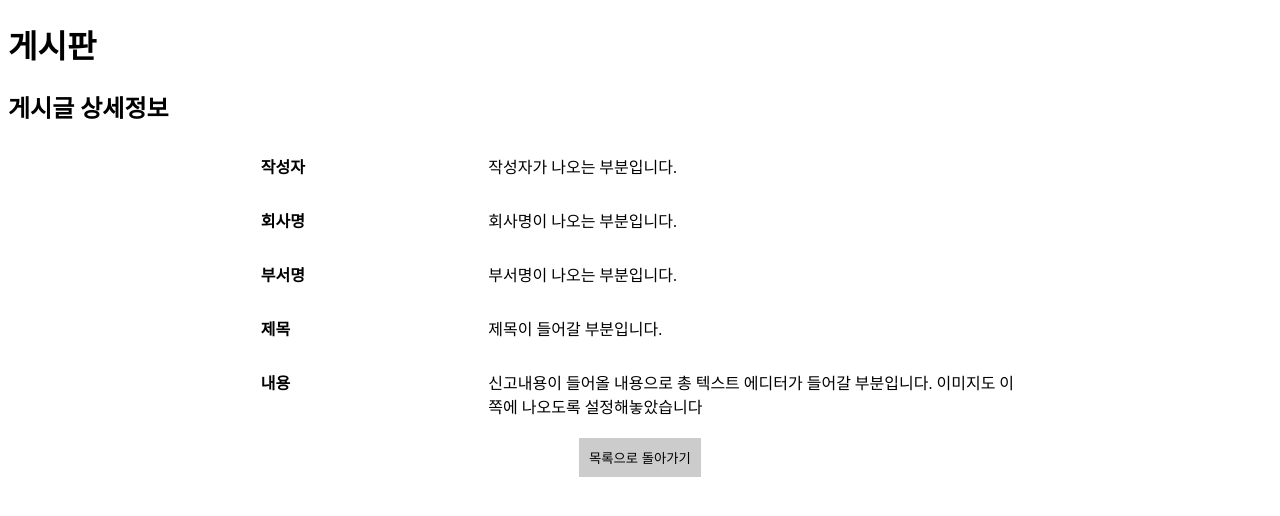
Repository: thdtjdgml415/exVoc
Page: /postView/1
These files come from the project's save history. The page is drawn as it stood at one moment and after a run of saves; the edit follows.
The browser window is 1280 px wide. The pictures show the whole page.
The project was rebuilt for these pictures with package versions that can differ from the ones it lists, and the page was loaded fresh each time. Also part of the build but not shown: src/components/table/CommonTable.css, src/components/table/CommonTable.js, src/components/table/CommonTableColumn.js, src/components/table/CommonTableRow.js, src/Page/PostList.js, src/Page/PostMain.js. Imported but missing from the stored project, and not drawn on this page: src/components/table/CommonTableWriteBtn.

Above is the page before, as saved 2023-01-12 16:06:48.

### public/index.html
<!DOCTYPE html>
<html lang="en">
<head>
  <meta charset="UTF-8">
  <meta http-equiv="X-UA-Compatible" content="IE=edge">
  <meta name="viewport" content="width=device-width, initial-scale=1.0">
  <title>게시판</title>
</head>
<body>
  <div id="root"></div>
</body>
</html>

### src/App.js
import { BrowserRouter, Routes,  Route } from 'react-router-dom';
import PostMain from './Page/PostMain';
import PostView from './Page/PostView';

function App() {
  return (
    <div className='App'>
      <h1>게시판</h1>
      <BrowserRouter>
        <Routes>
          <Route path='/postView/:no' element={<PostView/>}/>
          <Route path='/' element= {<PostMain/>}/>
        </Routes>
      </BrowserRouter>
    </div>
  )
}

export default App;

### src/Page/PostView.js
import React, { useEffect, useState } from 'react';
import { useNavigate, useParams } from 'react-router';
import { getPostByNo } from '../Data';
import './Post.css'


const PostView = ({ }) => {
  const [ data, setData ] = useState({});
  const navigator = useNavigate();
  const { no } = useParams();


    useEffect(() => {
      setData(getPostByNo(no));
    }, [ ]);

  return (
    <>
      <h2 align="left">게시글 상세정보</h2>
      <div className="post-view-wrapper">
          <>
            <div className="post-view-row">
              <label>작성자</label>
              <label>작성자가 나오는 부분입니다.</label>
            </div>
            <div className="post-view-row">
              <label>회사명</label>
              <label>회사명이 나오는 부분입니다.</label>
            </div>
            <div className="post-view-row">
              <label>부서명</label>
              <label>부서명이 나오는 부분입니다.</label>
            </div>
            <div className="post-view-row">
              <label>제목</label>
              <label>제목이 들어갈 부분입니다.</label>
            </div>
            <div className="post-view-row">
              <label>내용</label>
              <label>신고내용이 들어올 내용으로 총 텍스트 에디터가 들어갈 부분입니다. 이미지도 이쪽에 나오도록 설정해놓았습니다</label>
            </div>
          </>
        <div className='post-view-btn-wrap'>
          <button className="post-view-go-list-btn" onClick={() => navigator(-1)}>목록으로 돌아가기</button>
        </div>
      </div>
    </>
  )
}

export default PostView;

### src/Data.js
const postList = [
    {
        "no": 1,
        "title": "첫번째 게시글입니다.",
        "content": "첫번째 게시글 내용입니다.",
        "createDate": "2023-01-12"
      },
      {
        "no": 2,
        "title": "두번째 게시글입니다.",
        "content": "두번째 게시글 내용입니다.",
        "createDate": "2023-01-12"
      },
      {
        "no": 3,
        "title": "세번째 게시글입니다.",
        "content": "세번째 게시글 내용입니다.",
        "createDate": "2023-01-12"
      },
      {
        "no": 4,
        "title": "네번째 게시글입니다.",
        "content": "네번째 게시글 내용입니다.",
        "createDate": "2023-01-12"
      },
      {
        "no": 5,
        "title": "다섯번째 게시글입니다.",
        "content": "다섯번째 게시글 내용입니다.",
        "createDate": "2023-01-12"
      },
]

const getPostByNo = no => {

    const array = postList.filter(x=>x.no===no);
    if(array.length == 1) {
        return array[1];
    }
    return null;
}

export {
    postList,
    getPostByNo
};

### src/Page/Post.css
.post-view-wrapper {
    width: 60%;
    margin: 0 auto;
  }
  .post-view-btn-wrap {
    display: flex;
    justify-content: center;
  }
  .post-view-go-list-btn {
    border: 0;
    padding: 10px;
    background-color: #ccc;
  }

  .post-view-row {
    margin: 10px 0;
    display: flex;
  }

  .post-view-row > label:first-child {
    margin: 10px 0;
    width: 30%;
    font-weight: bold;
  }

  .post-view-row > *:nth-child(2) {
    margin: 10px 0;
    width: 70%;
  }

Loaded but not shown: src/index.js (common file)

After the next 2 saves:
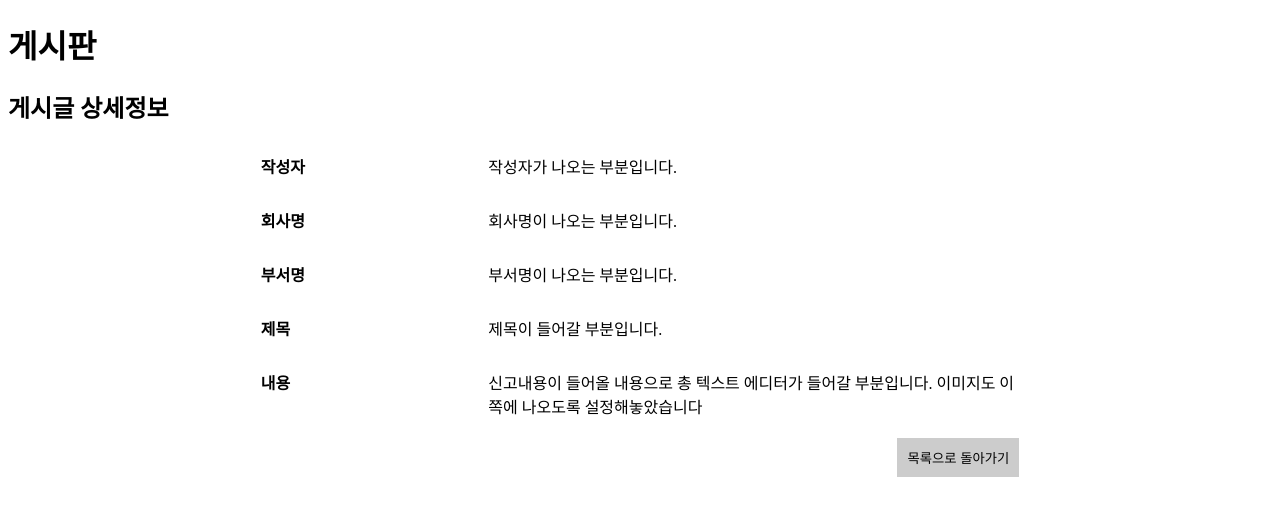
The 2 saves are shown as one change because they came seconds apart.
The last was saved 62 s later.
--- a/src/Page/Post.css
+++ b/src/Page/Post.css
@@ -4,7 +4,7 @@
   }
   .post-view-btn-wrap {
     display: flex;
-    justify-content: center;
+    justify-content: flex-end;
   }
   .post-view-go-list-btn {
     border: 0;
